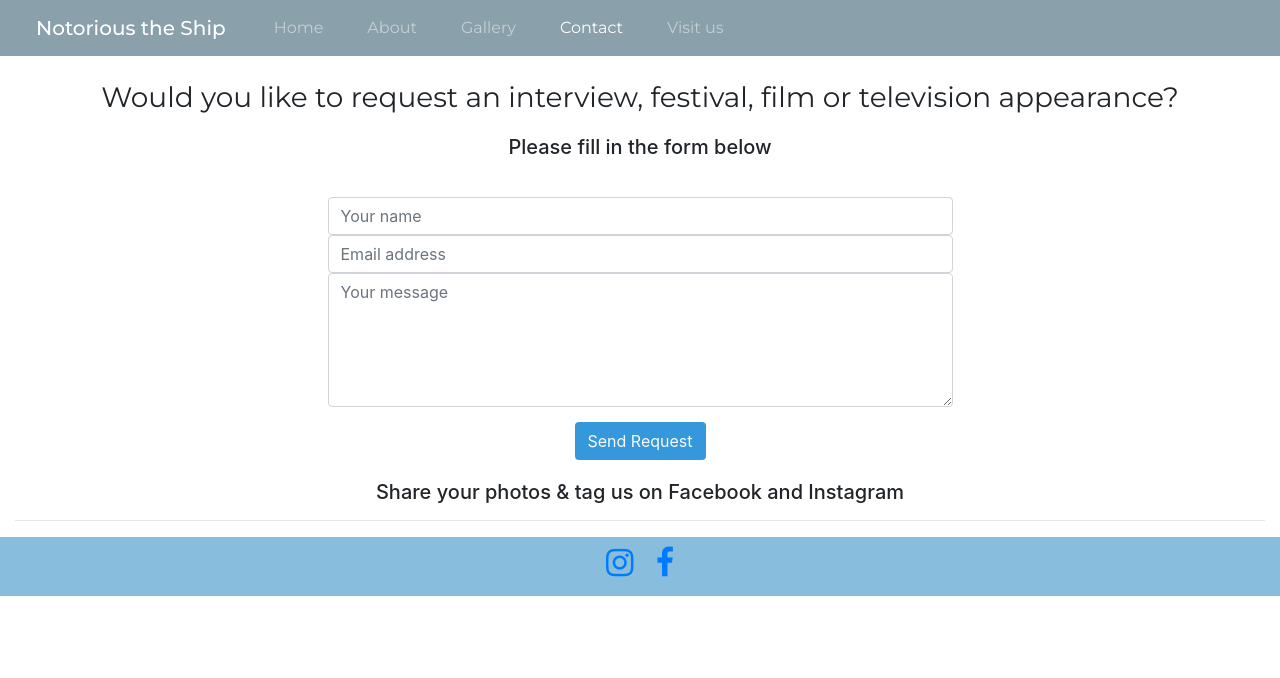
Repository: TSRose/NotorioustheShip
Page: contact.html
The author's editor kept a record of every edit. The page is drawn from the files as they stood at one moment, then again after the next edit.
The browser window is 1280 px wide. The pictures show the whole page.

Above is the page before.

After the next edit:
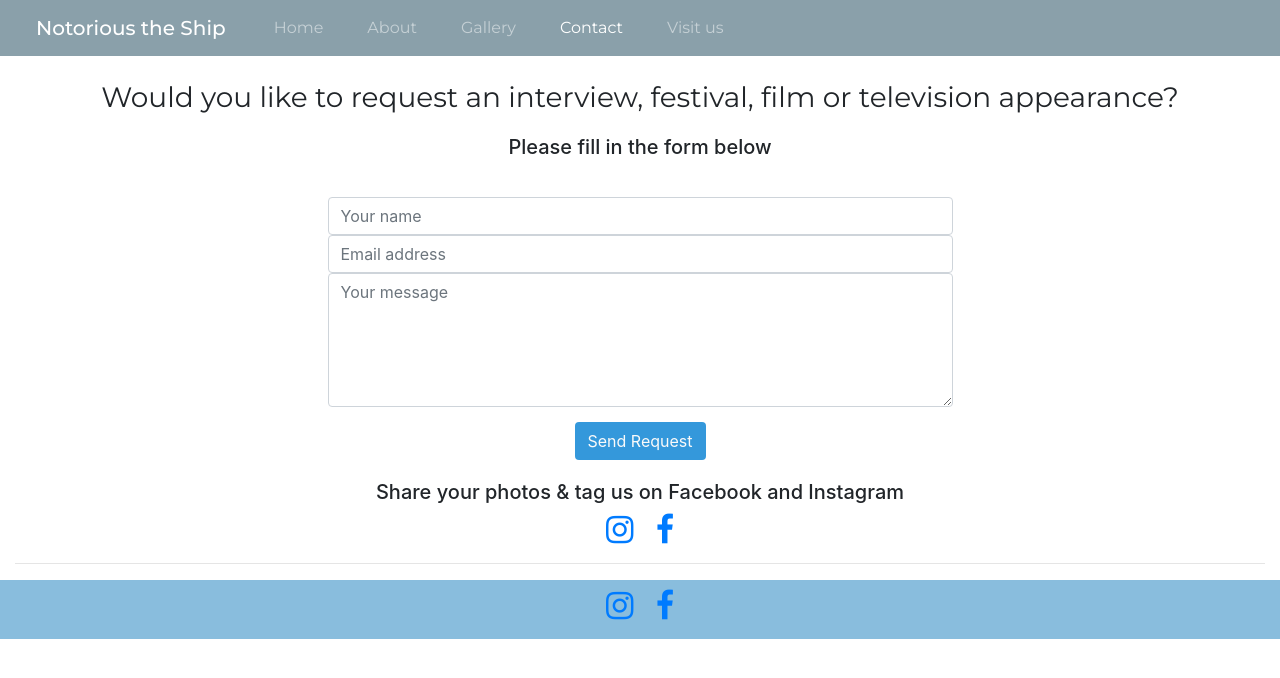
The edit:
--- a/contact.html
+++ b/contact.html
@@ -47,7 +47,20 @@
                 </div>
                 <h5 class="text-center">
                     Share your photos & tag us on Facebook and Instagram</h5>
-
+                    <ul class="list-inline social-links">
+                    <li class="list-inline-item">
+                        <a target="_blank" href="http://instagram.com/notoriousship">
+                        <i class="fa fa-instagram fa-2x" aria-hidden="true"></i>
+                        <span class="sr-only">Instagram</span>
+                        </a>
+                    </li>
+                    <li class="list-inline-item">
+                        <a target="_blank" href="http://facebook.com/notorioustheship">
+                        <i class="fa fa-facebook fa-2x" aria-hidden="true"></i>
+                        <span class="sr-only">Facebook</span>
+                        </a>
+                    </li>
+                </ul>
                 <hr>
             </div>
         </div>
